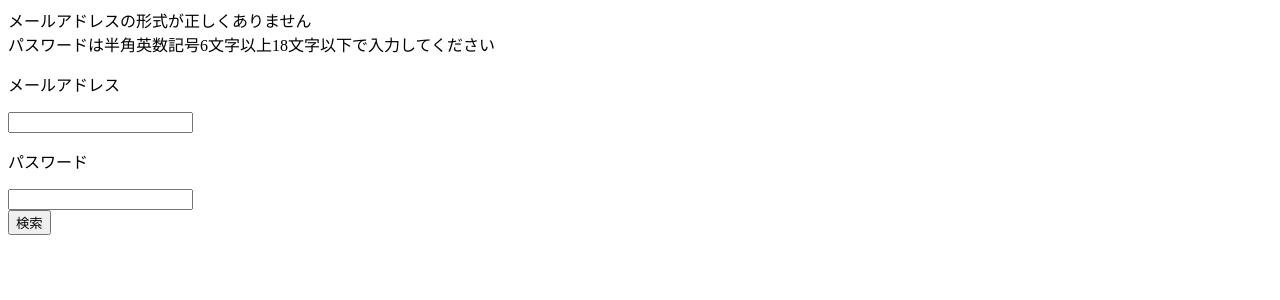
Repository: kawahito05-work/dc_work_nakano_kawahito_php
Page: http://localhost/htdocs/php17/practice_preg_match_intermediate.php
The author's editor kept a record of every edit. The page is drawn from the files as they stood at one moment, then again after the next edit.
The browser window is 1280 px wide. The pictures show the whole page.
The page is run by PHP 8.4 with error messages shown; the project is at /var/www/html/.

Above is the page before.

### htdocs/php17/practice_preg_match_intermediate.php
<?php
$regexp_address = '/([a-zA-Z0-9])+([a-zA-Z0-9._-])*@([a-zA-Z0-9_-])+([a-zA-Z0-9._-]+)+/';
$regexp_password = '/^[a-zA-Z0-9]{6,18}/';
$address = '';
$password = '';
$message = '';
$address_err = '';
$password_err = '';

if (isset($_POST['address']) === TRUE ){
    $address = $_POST['address'];

    if ($address === '' ){
        $address_err = 'メールアドレスを入力してください<br>';
    }
}

if (isset($_POST['password']) === TRUE){
    $password = $_POST['password'];

    if ($password === ''){
        $password_err = 'パスワードを入力してください<br>';
    }
}

//if (preg_match($regexp_address, $address) === 1) {
if (preg_match($regexp_password, $password) === 1
    && preg_match($regexp_address, $address) === 1) {
    $message = '登録完了';
}
if (preg_match($regexp_address, $address) !== 1) {
    $address_err = 'メールアドレスの形式が正しくありません<br>';
}

if (preg_match($regexp_password, $password) !== 1) {
    $password_err = 'パスワードは半角英数記号6文字以上18文字以下で入力してください';
}

print $message;
print $address_err;
print $password_err;
?>
<!DOCTYPE html>
<html lang="ja">
<head>
    <meta charset="utf8">
</head>
<body>
    <form method="POST">
        <p>メールアドレス</p>
        <input type="text" name="address">
        <p>パスワード</p>
        <input type="text" name="password"><br>
        <input type="submit" value="検索">
    </form>
</body>
</html>

After the next edit:
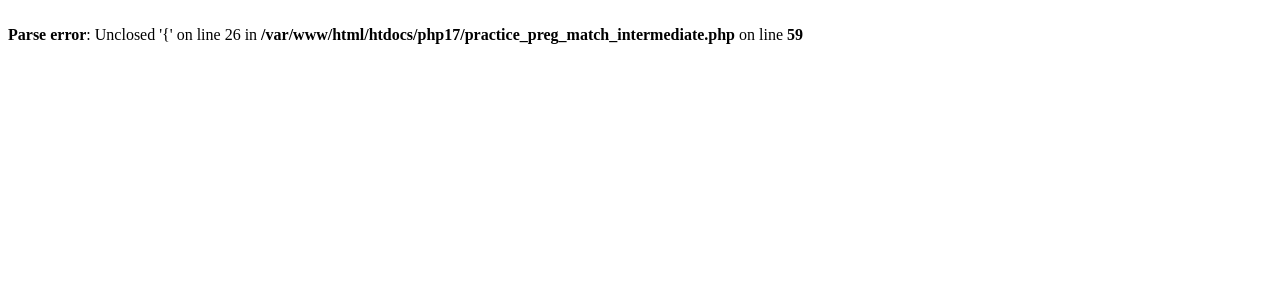
The edit:
--- a/htdocs/php17/practice_preg_match_intermediate.php
+++ b/htdocs/php17/practice_preg_match_intermediate.php
@@ -22,6 +22,8 @@
         $password_err = 'パスワードを入力してください<br>';
     }
 }
+
+if ($address !== '' || $password !== ''){
 
 //if (preg_match($regexp_address, $address) === 1) {
 if (preg_match($regexp_password, $password) === 1

After the edit that followed:
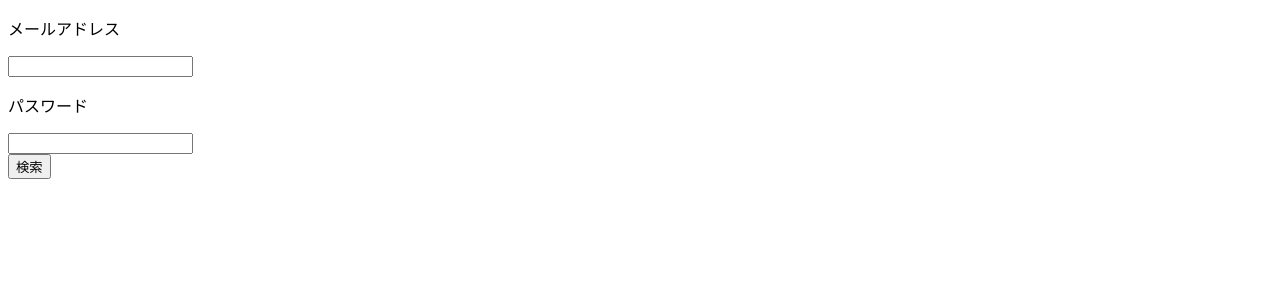
The edit:
--- a/htdocs/php17/practice_preg_match_intermediate.php
+++ b/htdocs/php17/practice_preg_match_intermediate.php
@@ -37,6 +37,7 @@
 if (preg_match($regexp_password, $password) !== 1) {
     $password_err = 'パスワードは半角英数記号6文字以上18文字以下で入力してください';
 }
+}
 
 print $message;
 print $address_err;
